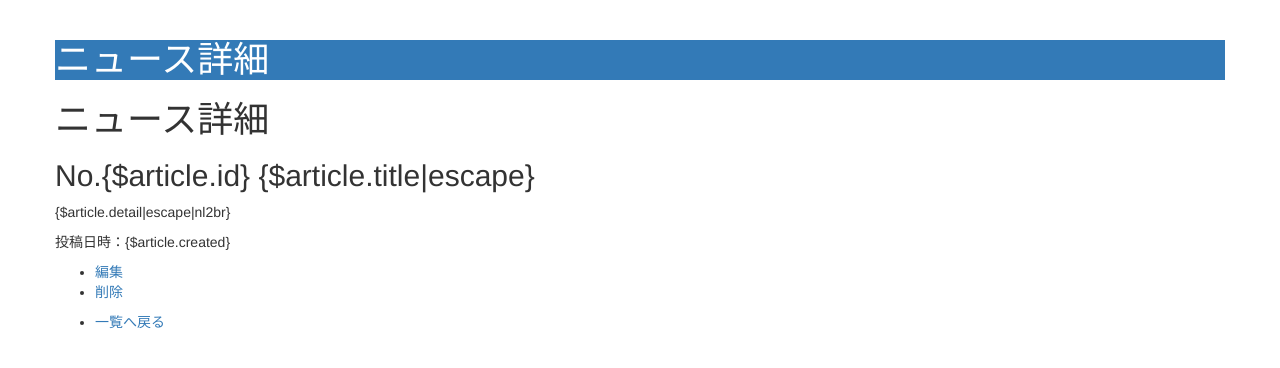
Repository: misakitaro/news-php-20160704-cl9
Page: templates/view.html
The author's editor kept a record of every edit. The page is drawn from the files as they stood at one moment, then again after the next edit.
The browser window is 1280 px wide. The pictures show the whole page.

Above is the page before.

After the next edit:
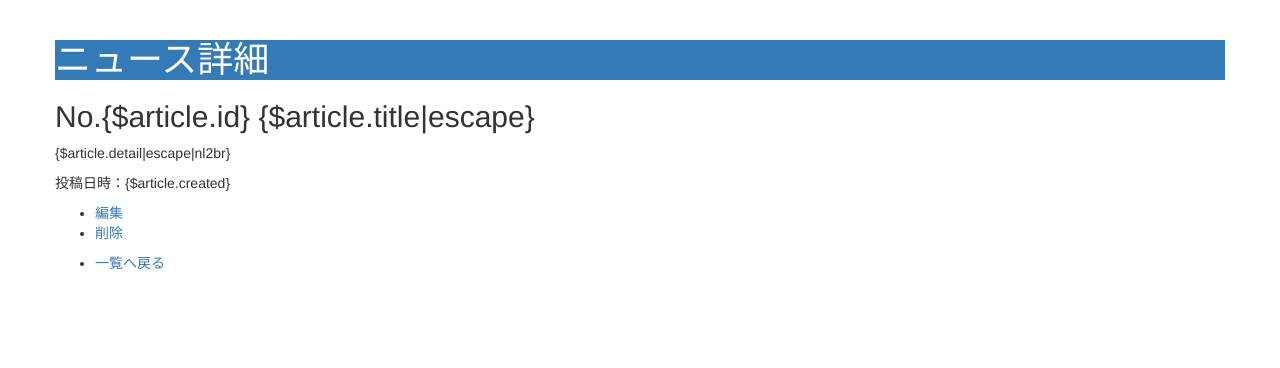
The edit:
--- a/templates/view.html
+++ b/templates/view.html
@@ -16,7 +16,6 @@
     <!-- タイトル -->
     <h1 class="bg-primary">ニュース詳細</h1>
 
-    <h1>ニュース詳細</h1>
     <h2>No.{$article.id} {$article.title|escape}</h2>
     <p>{$article.detail|escape|nl2br}</p>
     <p>投稿日時：{$article.created}</p>
